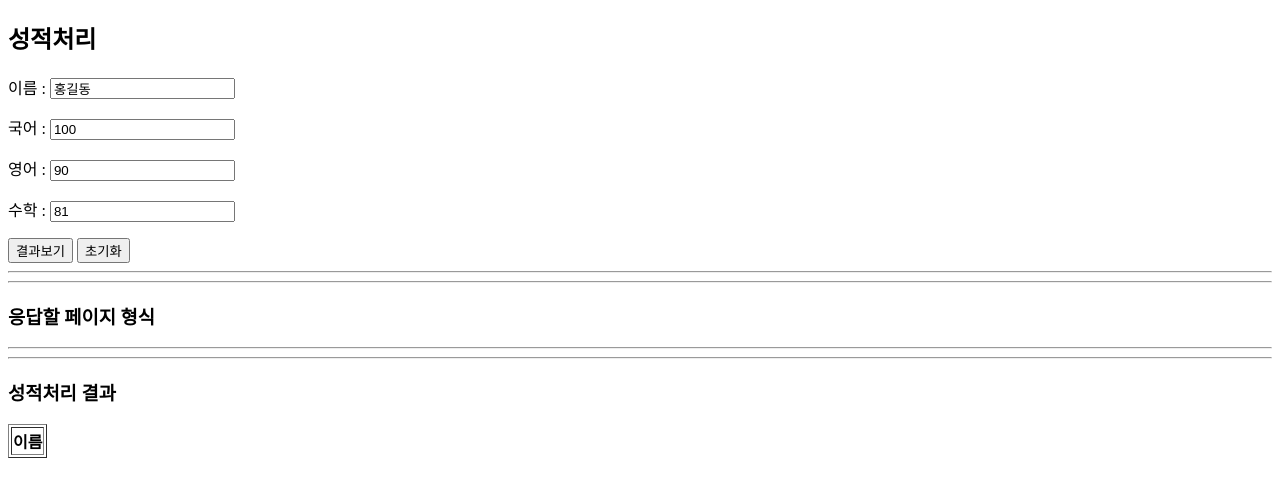
Repository: SeYoung1012/Bitcamp
Page: 60_web/01_Servlet/WebContent/ex05.html
The author's editor kept a copy of each file at every save. The page is drawn from the files as they stood at one save, then again after the next save.
The browser window is 1280 px wide. The pictures show the whole page.

Above is the page before, as saved 2021-09-24 06:16:01.

### 60_web/01_Servlet/WebContent/ex05.html
<!DOCTYPE html>
<html>
<head>
<meta charset="UTF-8">
<title>성적처리</title>
</head>
<body>
	<h2> 성적처리 </h2>
	<form action="sungjuk">
		<p> 이름 : <input type = "text" name = "name" value = "홍길동"></p>
		<p> 국어 : <input type = "text" name = "kor" value = "100"></p>
		<p> 영어 : <input type = "text" name = "eng" value = "90"></p>
		<p> 수학 : <input type = "text" name = "math" value = "81"></p>
		<input type = "submit" value = "결과보기">
		<input type = "reset" value = "초기화">

	</form>
	<hr><hr>
	<h3> 응답할 페이지 형식</h3>
	<hr><hr>
	<h3> 성적처리 결과</h3>
	<table border>
		<tr>
			<th> 이름 </th>
		</tr>
	</table>

</body>
</html>

After the next save:
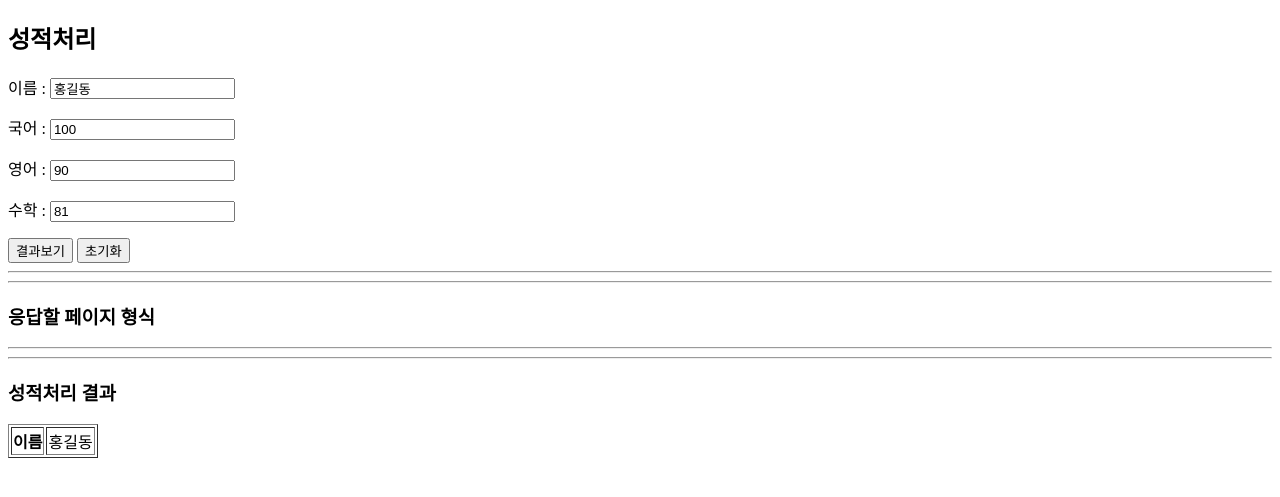
Saved 14 s later.
--- a/60_web/01_Servlet/WebContent/ex05.html
+++ b/60_web/01_Servlet/WebContent/ex05.html
@@ -22,6 +22,7 @@
 	<table border>
 		<tr>
 			<th> 이름 </th>
+			<td> 홍길동</td>
 		</tr>
 	</table>
 
